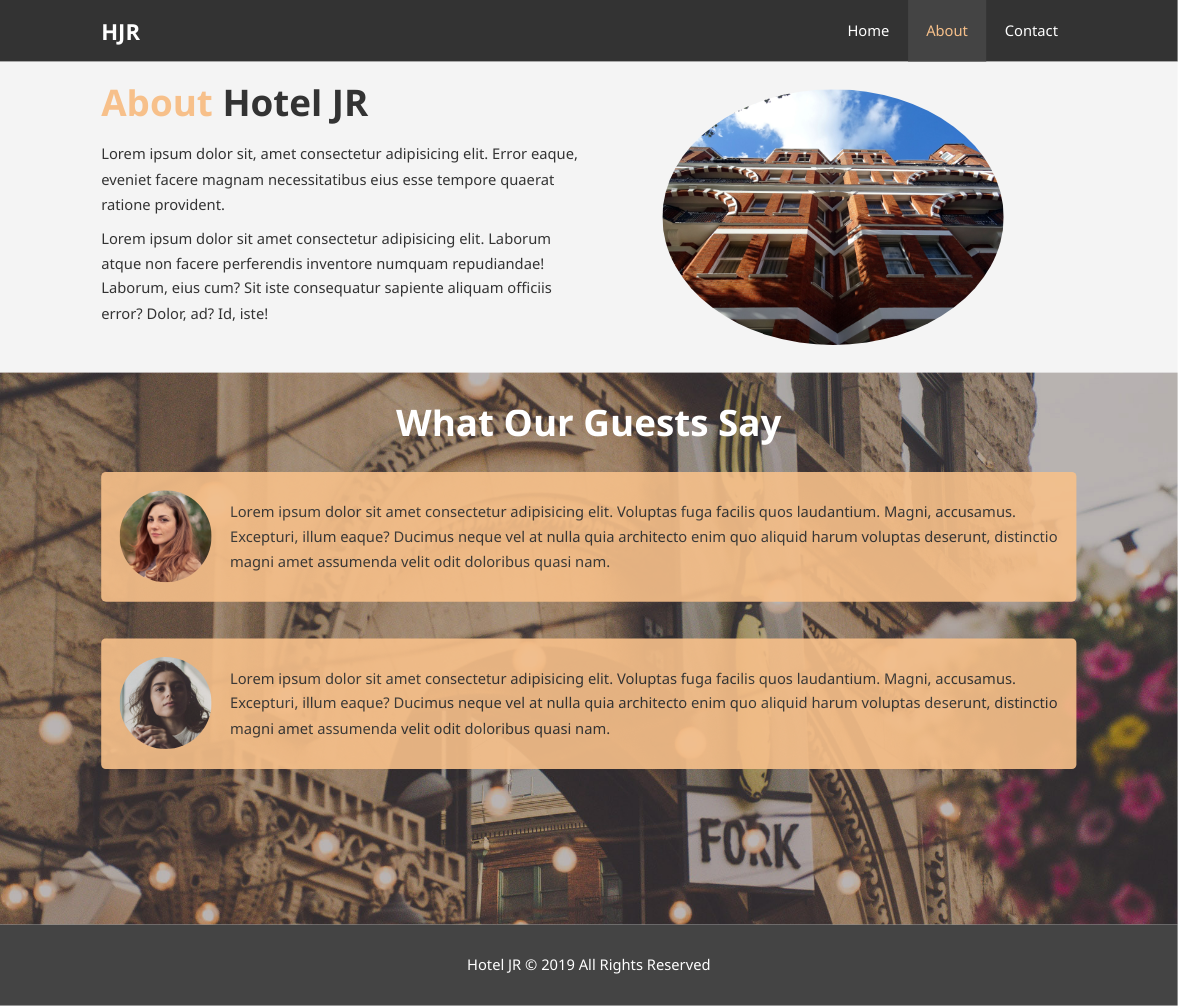
Repository: dimlutine/Hotel-Project
Page: about.html
An editor plug-in stored every save of this project. The page is shown before and after the next save, followed by the edit.
The browser window is 1280 px wide. The pictures show the whole page, at 92% of full size.

Above is the page before, as saved 2019-07-05 22:59:37.

### about.html
<!DOCTYPE html>
<html lang="en">

<head>
    <meta charset="UTF-8">
    <meta name="viewport" content="width=device-width, initial-scale=1.0">
    <meta http-equiv="X-UA-Compatible" content="ie=edge">
    <meta name="description" content="Welcome to the neatest hotel in Durham, North Carolina!">
    <meta name="keywords" content="hotel,durham hotel, north carolina hotel, rdu hotel">
    <link rel="stylesheet" href="css/style.css">
    <title>Hotel JR | About</title>
</head>

<body>
    <header>
        <nav id="navbar">
            <div class="container">
                <h1 class="logo"><a href="index.html">HJR</a></h1>
                <ul>
                    <li><a href="index.html">Home</a></li>
                    <li><a class="current" href="about.html">About</a></li>
                    <li><a href="contact.html">Contact</a></li>
                </ul>
            </div>

        </nav>

    </header>
    <section id="about-info" class="bg-light py-3">
        <div class="container">
            <div class="info-left">
                <h1 class="l-heading"><span class="text-primary">About</span> Hotel JR</h1>
                <p>Lorem ipsum dolor sit, amet consectetur adipisicing elit. Error eaque, eveniet facere magnam necessitatibus eius esse tempore quaerat ratione provident.</p>
                <p>Lorem ipsum dolor sit amet consectetur adipisicing elit. Laborum atque non facere perferendis inventore numquam repudiandae! Laborum, eius cum? Sit iste consequatur sapiente aliquam officiis error? Dolor, ad? Id, iste!</p>
            </div>
            <div class="info-right">
                <img src="./img/photo-2.jpg" alt="hotel">
            </div>
        </div>
    </section>
    <div class="clr"></div>
    <section id="testimonials" class="py-3">
        <div class="container">
            <h2 class="l-heading">What Our Guests Say</h2>
            <div class="testimonial bg-primary">
                <img src="./img/person-1.jpg" alt="Some Chick">
                <p>Lorem ipsum dolor sit amet consectetur adipisicing elit. Voluptas fuga facilis quos laudantium. Magni, accusamus. Excepturi, illum eaque? Ducimus neque vel at nulla quia architecto enim quo aliquid harum voluptas deserunt, distinctio magni
                    amet assumenda velit odit doloribus quasi nam.</p>

            </div>
            <div class="testimonial bg-primary">
                <img src="./img/person-2.jpg" alt="Some Other Chick">
                <p>Lorem ipsum dolor sit amet consectetur adipisicing elit. Voluptas fuga facilis quos laudantium. Magni, accusamus. Excepturi, illum eaque? Ducimus neque vel at nulla quia architecto enim quo aliquid harum voluptas deserunt, distinctio magni
                    amet assumenda velit odit doloribus quasi nam.</p>

            </div>
        </div>
    </section>
    <footer id="main-footer">
        <p>Hotel JR &copy; 2019 All Rights Reserved</p>
    </footer>
</body>

</html>

### css/style.css
* {
    padding: 0;
    margin: 0;
    box-sizing: border-box;
}

html,
body {
    font-family: 'Segoe UI', 'Segoe UI', Tahoma, Geneva, Verdana, sans-serif;
    line-height: 1.7em;
}

a {
    color: #333;
    text-decoration: none;
}

h1,
h2,
h3 {
    padding-bottom: 20px;
}

p {
    margin: 10px 0;
}


/* Utilities */

.container {
    margin: auto;
    max-width: 1100px;
    overflow: auto;
    padding: 0 20px;
}

.text-primary {
    color: #f7c08a;
}

.lead {
    font-size: 20px;
}

.btn {
    display: inline-block;
    font-size: 18px;
    color: #fff;
    background: #333;
    padding: 13px 20px;
    border: none;
    cursor: pointer;
}

.btn:hover {
    background: #f7c08a;
    color: #333;
}

.btn-light {
    background: #f4f4f4;
    color: #333;
}

.bg-dark {
    background: #333;
    color: #fff;
}

.bg-light {
    background: #f4f4f4;
    color: #333;
}

.bg-primary {
    background: #f7c08a;
    color: #333;
}

.clr {
    clear: both;
}

.l-heading {
    font-size: 40px;
}


/* Padding */

.py-1 {
    padding: 10px 0;
}

.py-2 {
    padding: 20px 0;
}

.py-3 {
    padding: 30px 0;
}

#navbar {
    background: #333;
    color: #fff;
    overflow: auto;
}

#navbar a {
    color: #fff;
}

#navbar h1 {
    float: left;
    padding-top: 20px;
}

#navbar ul {
    float: right;
    list-style: none;
}

#navbar ul li {
    float: left;
}

#navbar ul li a {
    display: block;
    padding: 20px;
    text-align: center;
}

#navbar ul li a:hover,
#navbar ul li a.current {
    background: #444;
    color: #f7c08a;
}


/* Showcase */

#showcase {
    background: url('../img/showcase.jpg') no-repeat center center/cover;
    height: 600px;
}

#showcase .showcase-content {
    color: #fff;
    text-align: center;
    padding-top: 170px;
}

#showcase .showcase-content h1 {
    font-size: 60px;
    line-height: 1.2em;
}

#showcase .showcase-content p {
    padding-bottom: 20px;
    line-height: 1.7em;
}


/* Home Info */

#home-info {
    height: 400px;
}

#home-info .info-img {
    float: left;
    width: 50%;
    background: url('../img/photo-1.jpg') no-repeat;
    min-height: 100%;
}

#home-info .info-content {
    float: right;
    width: 50%;
    height: 100%;
    text-align: center;
    padding: 50px 30px;
    overflow: hidden;
}

#home-info .info-content p {
    padding-bottom: 30px;
}


/*Features*/

.box {
    float: left;
    width: 33.3%;
    padding: 50px;
    text-align: center;
}

.box i {
    margin-bottom: 10px;
}


/* About Info*/

#about-info .info-right {
    float: right;
    width: 50%;
    min-height: 100%;
}

#about-info .info-right img {
    width: 70%;
    display: block;
    margin: auto;
    border-radius: 50%;
}

#about-info .info-left {
    float: left;
    width: 50%;
    min-height: 100%;
}


/* Testimonials */

#testimonials h2 {
    color: #fff;
    text-align: center;
    padding-bottom: 40px;
}

#testimonials {
    height: 600px;
    background: url('../img/test-bg.jpg') no-repeat center center/cover;
    padding-top: 40px;
}

#testimonials .testimonial {
    padding: 20px;
    margin-bottom: 40px;
    border-radius: 5px;
    opacity: .9;
}

#testimonials .testimonial img {
    width: 100px;
    float: left;
    margin-right: 20px;
    border-radius: 50%;
}


/* Footer */

#main-footer {
    text-align: center;
    background: #444;
    color: #fff;
    padding: 20px;
}

After the next save:
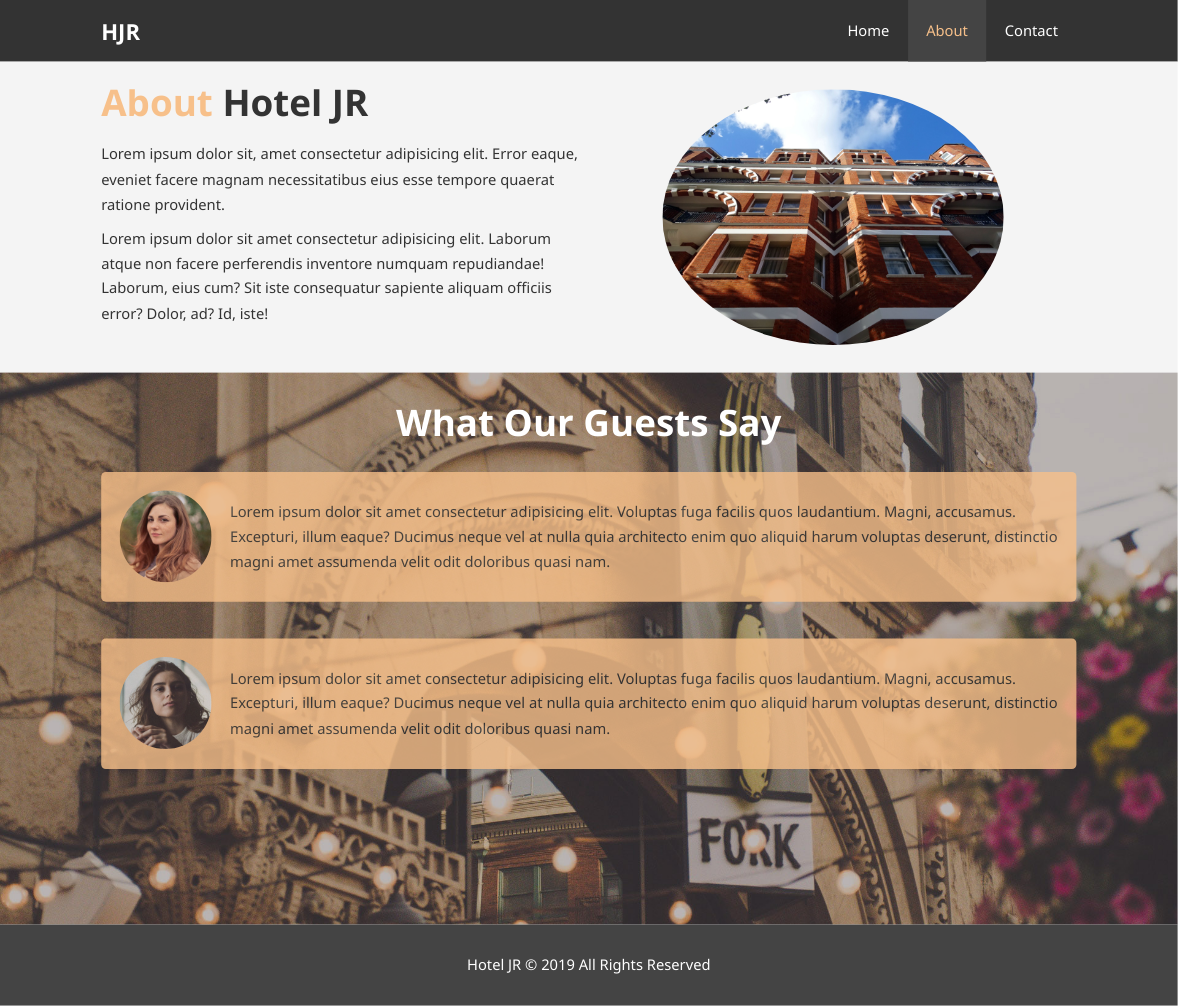
Saved 18 s later.
--- a/css/style.css
+++ b/css/style.css
@@ -243,7 +243,7 @@ p {
     padding: 20px;
     margin-bottom: 40px;
     border-radius: 5px;
-    opacity: .9;
+    opacity: .8;
 }
 
 #testimonials .testimonial img {
